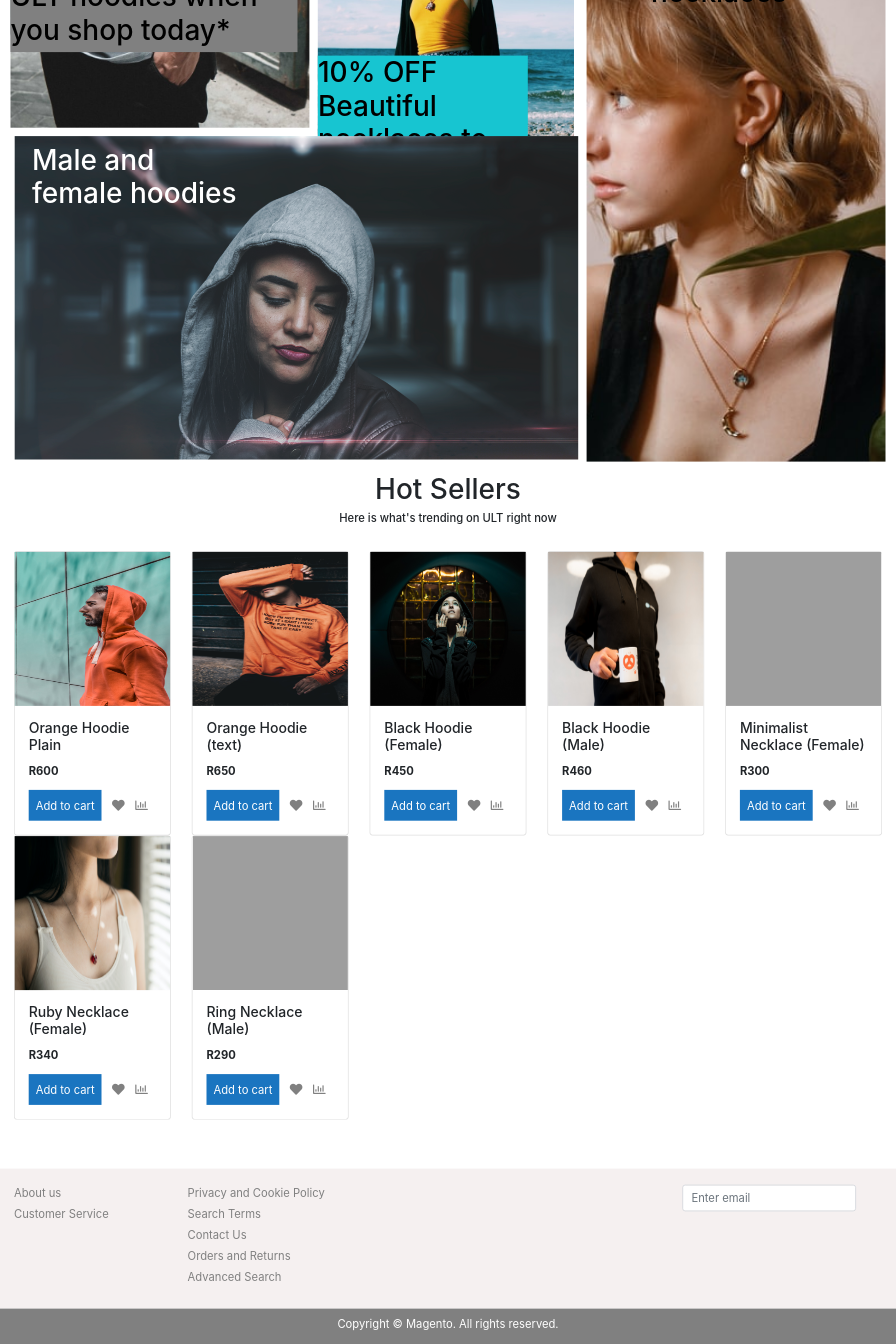
Repository: Ajtheult/Luma-Challenge-Site
Page: /
An editor plug-in stored every save of this project. The page is shown before and after the next save, followed by the edit.
The browser window is 1280 px wide. The pictures show the part of the page from y = 1289 to 3209 px (the page is 3209 px tall), at 70% of full size.
Pictures or frames that could not be fetched are drawn as grey boxes. The project was rebuilt for these pictures with package versions that can differ from the ones it lists, and the page was loaded fresh each time.

Above is the page before, as saved 2020-09-01 13:03:44.

### public/index.html
<!DOCTYPE html>
<html lang="en">
  <head>
    <meta charset="utf-8" />
    <link rel="icon" href="%PUBLIC_URL%/favicon.ico" />
    <meta name="viewport" content="width=device-width, initial-scale=1" />
    <meta name="theme-color" content="#000000" />
    <meta
      name="description"
      content="Web site created using create-react-app"
    />

    <link rel="manifest" href="%PUBLIC_URL%/manifest.json" />
    <!-- Font Awesome -->
    <link
      rel="stylesheet"
      href="https://use.fontawesome.com/releases/v5.7.2/css/all.css"
      integrity="sha384-fnmOCqbTlWIlj8LyTjo7mOUStjsKC4pOpQbqyi7RrhN7udi9RwhKkMHpvLbHG9Sr"
      crossorigin="anonymous"
    />
    <!-- Font Awesome -->
    <title>E-complete</title>
  </head>
  <body>
    <noscript>You need to enable JavaScript to run this app.</noscript>
    <div id="root"></div>
  </body>
</html>

### src/App.js
import React from "react";

// Imported modules
import { BrowserRouter as Router, Switch, Route } from "react-router-dom";
// Imported modules

// Imported pages
import Home from "./components/layout/pages/home/Home";
// Imported pages

// Global css
import "./App.css";
// Global css

function App() {
  return (
    <Router>
      <div className="App">
        <Switch>
          <Route exact path="/" component={Home} />
        </Switch>
      </div>
    </Router>
  );
}

export default App;

### src/components/layout/pages/home/Home.js
import React from "react";
import Navbar from "../../nav/Navbar";
import Container from "react-bootstrap/Container";
import Row from "react-bootstrap/Row";
import Col from "react-bootstrap/Col";
import Carousel from "react-bootstrap/Carousel";
// Images
import yoga from "../../resources/yoga.jpg";
import yogatwo from "../../resources/yoga-two.jpg";
import yogathree from "../../resources/yoga-three.jpg";

import SecondHome from "./SecondHome";
import HomeFooter from "./HomeFooter";

import "./Home.css";

const Home = () => {
  return (
    <div>
      <Navbar />
      <Container fluid>
        <Row>
          <Col>
            {/* Carousel */}
            <Carousel>
              <Carousel.Item>
                <img
                  className="d-block w-100 top_size"
                  src={yoga}
                  alt="First slide"
                />
                <Carousel.Caption>
                  <h3>New ULT yoga collection</h3>
                  <p>Clothing that is perfect for zen sessions</p>
                </Carousel.Caption>
              </Carousel.Item>
              <Carousel.Item>
                <img
                  className="d-block w-100 top_size"
                  src={yogatwo}
                  alt="Third slide"
                />

                <Carousel.Caption>
                  <h3>New ULT yoga collection</h3>
                  <p>Beautiful bracelets to fit the look</p>
                </Carousel.Caption>
              </Carousel.Item>
              <Carousel.Item>
                <img
                  className="d-block w-100 top_size"
                  src={yogathree}
                  alt="Third slide"
                />

                <Carousel.Caption>
                  <h3>New ULT yoga collection</h3>
                  <p>Be happy...like her...don't you wanna be happy?</p>
                </Carousel.Caption>
              </Carousel.Item>
            </Carousel>
          </Col>
        </Row>
        {/* Block frame */}
        <Row>
          <Col>
            <div class="container bg-no-overlay">
              <div class="row left">
                <h1>
                  20% OFF <br /> ULT hoodies when you shop today*
                </h1>
              </div>
            </div>
          </Col>
          <Col>
            <div class="container bg-no-overlay-two">
              <div class="row top">
                <h1>
                  30% OFF <br />
                  Get them fresh kicks
                </h1>
              </div>
            </div>
          </Col>
        </Row>
        <Row>
          <Col>
            <div class="container bg-no-overlay-three">
              <div class="row middle">
                <h1>
                  10% OFF <br /> Beautiful necklaces to flex
                </h1>
              </div>
            </div>
          </Col>
          <Col>
            <div class="container bg-no-overlay-four">
              <div class="row right">
                <h1>Many different styles of necklaces</h1>
              </div>
            </div>

            <div class="container bg-no-overlay-five">
              <div class="row bottom">
                <h1>Male and female hoodies</h1>
              </div>
            </div>
          </Col>
        </Row>
      </Container>
      <SecondHome />
      <HomeFooter />
    </div>
  );
};

export default Home;

### src/components/layout/nav/Navbar.js
import React from "react";
import Nav from "react-bootstrap/Nav";

import Form from "react-bootstrap/Form";

import "./Navbar.css";

const Navbar = () => {
  return (
    <div>
      <Nav className="justify-content-left" activeKey="/home">
        <Nav.Link href="/home">
          <img
            src="https://images.unsplash.com/photo-1462899006636-339e08d1844e?ixlib=rb-1.2.1&ixid=eyJhcHBfaWQiOjEyMDd9&auto=format&fit=crop&w=1050&q=80"
            alt="logo"
            className="logo"
          />
        </Nav.Link>
        <h6 className="logo-text">ULT</h6>
        <Nav.Link className="search_bar">
          {" "}
          <Form>
            <Form.Row>
              <Form.Group>
                <Form.Control
                  className="search_bar"
                  type="search"
                  placeholder="Search engine store here... "
                />
              </Form.Group>
            </Form.Row>
          </Form>
        </Nav.Link>
        <Nav.Link></Nav.Link>
        <i class="fas fa-shopping-cart icon"></i>
      </Nav>
      <Nav className="justify-content-left bottom_nav" activeKey="/home">
        <Nav.Item>
          <Nav.Link href="#" className="colour_of_nav_text">
            What's New
          </Nav.Link>
        </Nav.Item>
        <Nav.Item>
          <Nav.Link href="#" className="colour_of_nav_text">
            Women
          </Nav.Link>
        </Nav.Item>
        <Nav.Item>
          <Nav.Link href="#" className="colour_of_nav_text">
            Men
          </Nav.Link>
        </Nav.Item>
        <Nav.Item>
          <Nav.Link href="#" className="colour_of_nav_text">
            Gear
          </Nav.Link>
        </Nav.Item>
        <Nav.Item>
          <Nav.Link href="#" className="colour_of_nav_text">
            Training
          </Nav.Link>
        </Nav.Item>
        <Nav.Item>
          <Nav.Link href="#" className="colour_of_nav_text">
            Sale
          </Nav.Link>
        </Nav.Item>
      </Nav>
    </div>
  );
};

export default Navbar;

### src/components/layout/pages/home/SecondHome.js
import React from "react";
import "./SecondHome.css";

import Row from "react-bootstrap/Row";
import Col from "react-bootstrap/Col";
import Card from "react-bootstrap/Card";
// images
import one from "../../resources/SecondHome/one.jpg";
import two from "../../resources/SecondHome/two.jpg";
import three from "../../resources/SecondHome/three.jpg";
import four from "../../resources/SecondHome/four.jpg";
import five from "../../resources/SecondHome/five.jpg";
import six from "../../resources/SecondHome/six.jpg";
import seven from "../../resources/SecondHome/seven.jpg";

const SecondHome = () => {
  return (
    <div>
      <div>
        <h1 className="heading">Hot Sellers</h1>
        <h6>Here is what's trending on ULT right now</h6>
      </div>
      <div className="cards">
        <Row>
          {/* 1 */}
          <Col>
            <Card style={{ width: "14rem" }}>
              <img
                variant="top"
                src={one}
                className="image-heights"
                alt="one"
              />

              <Card.Body>
                <Card.Title>Orange Hoodie Plain</Card.Title>
                <Card.Text>R600</Card.Text>
                <button className="buttons">Add to cart</button>
                <i class="fas fa-heart heart-icon-card"></i>
                <i class="far fa-chart-bar heart-icon-card"></i>
              </Card.Body>
            </Card>
          </Col>
          {/* 2 */}
          <Col>
            <Card style={{ width: "14rem" }}>
              <img
                variant="top"
                src={two}
                className="image-heights"
                alt="two"
              />
              <Card.Body>
                <Card.Title>Orange Hoodie (text)</Card.Title>
                <Card.Text>R650</Card.Text>
                <button className="buttons">Add to cart</button>
                <i class="fas fa-heart heart-icon-card"></i>
                <i class="far fa-chart-bar heart-icon-card"></i>
              </Card.Body>
            </Card>
          </Col>
          {/* 3 */}
          <Col>
            <Card style={{ width: "14rem" }}>
              <img
                variant="top"
                src={three}
                className="image-heights"
                alt="three"
              />
              <Card.Body>
                <Card.Title>Black Hoodie (Female)</Card.Title>
                <Card.Text>R450</Card.Text>
                <button className="buttons">Add to cart</button>
                <i class="fas fa-heart heart-icon-card"></i>
                <i class="far fa-chart-bar heart-icon-card"></i>
              </Card.Body>
            </Card>
          </Col>
          {/* 4 */}
          <Col>
            <Card style={{ width: "14rem" }}>
              <img
                variant="top"
                src={four}
                className="image-heights"
                alt="four"
              />
              <Card.Body>
                <Card.Title>Black Hoodie (Male)</Card.Title>
                <Card.Text>R460</Card.Text>
                <button className="buttons">Add to cart</button>
                <i class="fas fa-heart heart-icon-card"></i>
                <i class="far fa-chart-bar heart-icon-card"></i>
              </Card.Body>
            </Card>
          </Col>
          {/* 5 */}
          <Col>
            <Card style={{ width: "14rem" }}>
              <img
                variant="top"
                src={five}
                className="image-heights"
                alt="five"
              />
              <Card.Body>
                <Card.Title>Minimalist Necklace (Female)</Card.Title>
                <Card.Text>R300</Card.Text>
                <button className="buttons">Add to cart</button>
                <i class="fas fa-heart heart-icon-card"></i>
                <i class="far fa-chart-bar heart-icon-card"></i>
              </Card.Body>
            </Card>
          </Col>
          {/* 6 */}
          <Col>
            <Card style={{ width: "14rem" }}>
              <img
                variant="top"
                src={six}
                className="image-heights"
                alt="six"
              />
              <Card.Body>
                <Card.Title>Ruby Necklace (Female)</Card.Title>
                <Card.Text>R340</Card.Text>
                <button className="buttons">Add to cart</button>
                <i class="fas fa-heart heart-icon-card"></i>
                <i class="far fa-chart-bar heart-icon-card"></i>
              </Card.Body>
            </Card>
          </Col>
          {/* 7 */}
          <Col>
            <Card style={{ width: "14rem" }}>
              <img
                variant="top"
                src={seven}
                className="image-heights"
                alt="seven"
              />
              <Card.Body>
                <Card.Title>Ring Necklace (Male)</Card.Title>
                <Card.Text>R290</Card.Text>
                <button className="buttons">Add to cart</button>
                <i class="fas fa-heart heart-icon-card"></i>
                <i class="far fa-chart-bar heart-icon-card"></i>
              </Card.Body>
            </Card>
          </Col>
          <Col></Col>
          <Col></Col>
          <Col></Col>
        </Row>
      </div>
    </div>
  );
};

export default SecondHome;

### src/components/layout/pages/home/HomeFooter.js
import React from "react";
import Form from "react-bootstrap/Form";
import "./HomeFooter.css";

const HomeFooter = () => {
  return (
    <div className="main-footer">
      <div className="footer">
        <div className="div-one">
          <a href="#home">About us</a> <br />
          <a href="#home">Customer Service</a>
        </div>
        <Form.Control
          type="email"
          placeholder="Enter email"
          className="email"
        />
        <br />
        <div className="div-two">
          <a href="#home">Privacy and Cookie Policy</a> <br />
          <a href="#home">Search Terms</a> <br />
          <a href="#home">Contact Us</a> <br />
          <a href="#home">Orders and Returns</a> <br />
          <a href="#home">Advanced Search</a>
        </div>
      </div>
      <div className="footer-two">
        <p>Copyright &copy; Magento. All rights reserved.</p>
      </div>
    </div>
  );
};

export default HomeFooter;

### src/components/layout/pages/home/Home.css
.top_size {
  width: 100%;
  height: 500px;
  margin-top: 1%;
}

.bg-no-overlay {
  /* Left */
  background: url("../../resources/hoodie.jpg");
  background-repeat: no-repeat;
  background-size: cover;
  background-position: center center;
  color: #fff;
  float: left;
  width: 70%;
  height: 850px;
  margin-top: 2%;
}

.bg-no-overlay-two {
  /* top */
  background: url("../../resources/shoe.jpg");
  background-repeat: no-repeat;
  background-size: cover;
  background-position: center center;
  color: #fff;
  width: 132%;
  height: 450px;
  margin-top: 2%;
  float: right;
}

.bg-no-overlay-three {
  /* middle */
  background: url("../../resources/beach.jpg");
  background-repeat: no-repeat;
  background-size: cover;
  background-position: center center;
  color: #fff;
  width: 60%;
  height: 388px;
  margin-top: -53%;
  margin-right: -32%;
  float: right;
}

.bg-no-overlay-four {
  /* right */
  background: url("../../resources/garden.jpg");
  background-repeat: no-repeat;
  background-size: cover;
  background-position: center center;
  color: #fff;
  width: 70%;
  height: 800px;
  margin-top: -53%;
  margin-left: 20%;
  float: right;
}

.bg-no-overlay-five {
  /* bottom */
  background: url("../../resources/forest.jpg");
  background-repeat: no-repeat;
  background-size: cover;
  background-position: center center;
  color: #fff;
  width: 132%;
  height: 97%;
  margin-top: 2%;
  margin-left: -104%;
}

.left {
  text-align: left;
  margin-top: 590px;
  width: 410px;
  color: black;
  background-color: grey;
}

.top {
  float: right;
  text-align: right;
  color: black;
  margin-top: 70px;
}

.middle {
  text-align: left;
  float: left;
  background-color: rgb(23, 197, 209);
  color: black;
  width: 300px;
  margin-top: 220px;
}

.right {
  text-align: left;
  float: right;
  color: black;
  width: 335px;
  margin-top: 10px;
}

.bottom {
  text-align: left;
  float: left;
  color: white;
  width: 303px;
  margin-left: 10px;
  margin-top: 10px;
}

.carousel-caption {
  background-color: rgba(129, 41, 41, 0.493);
  width: 70%;
}

### src/components/layout/nav/Navbar.css
.bottom_nav {
  background-color: rgb(233, 224, 224);
  margin-top: -10px;
}

.colour_of_nav_text {
  color: black;
  font-size: 80%;
}

.logo {
  width: 50px;
  height: 50px;
  border-radius: 50%;
}

.logo-text {
  margin-top: 13px;
  font-size: 30px;
}

.search_bar {
  margin-left: auto;
  margin-top: 5px;
  font-size: 10px;
}

.icon {
  margin-top: 25px;
  margin-right: 20px;
  color: grey;
}

### src/components/layout/pages/home/SecondHome.css
.heading {
  margin-top: 15px;
}

.cards {
  width: 100%;
  padding: 20px;
  padding-top: 30px;
}

.second-row {
  margin-top: 10px;
  margin: 10px;
  padding-left: 50px;
}

.image-heights {
  height: 220px;
}

.card-body {
  text-align: left;
}

.card-text {
  font-weight: bold;
}

.buttons {
  padding: 10px;
  background-color: rgb(26, 117, 192);
  border: none;
  color: white;
}

.heart-icon-card {
  margin-left: 15px;
  font-size: 18px;
  color: grey;
}

### src/components/layout/pages/home/HomeFooter.css
.main-footer {
  margin-top: 50px;
}

.footer {
  text-align: left;
  padding: 20px;
  background-color: rgb(245, 240, 240);
  line-height: 30px;
  height: 200px;
}

.footer .div-two {
  transform: translate(25%, -60%);
  width: 80%;
}

.footer-two {
  text-align: center;
  padding: 2px;
  background-color: grey;
  color: white;
}

.footer-two p {
  margin-top: 7px;
}

a {
  color: grey;
}

a:hover {
  text-decoration: none;
  font-weight: bold;
}

.email {
  width: 20%;
  float: right;
  transform: translate(-15%, -150%);
}

Loaded but not shown: src/index.js (common file); src/App.css (common file)

After the next save:
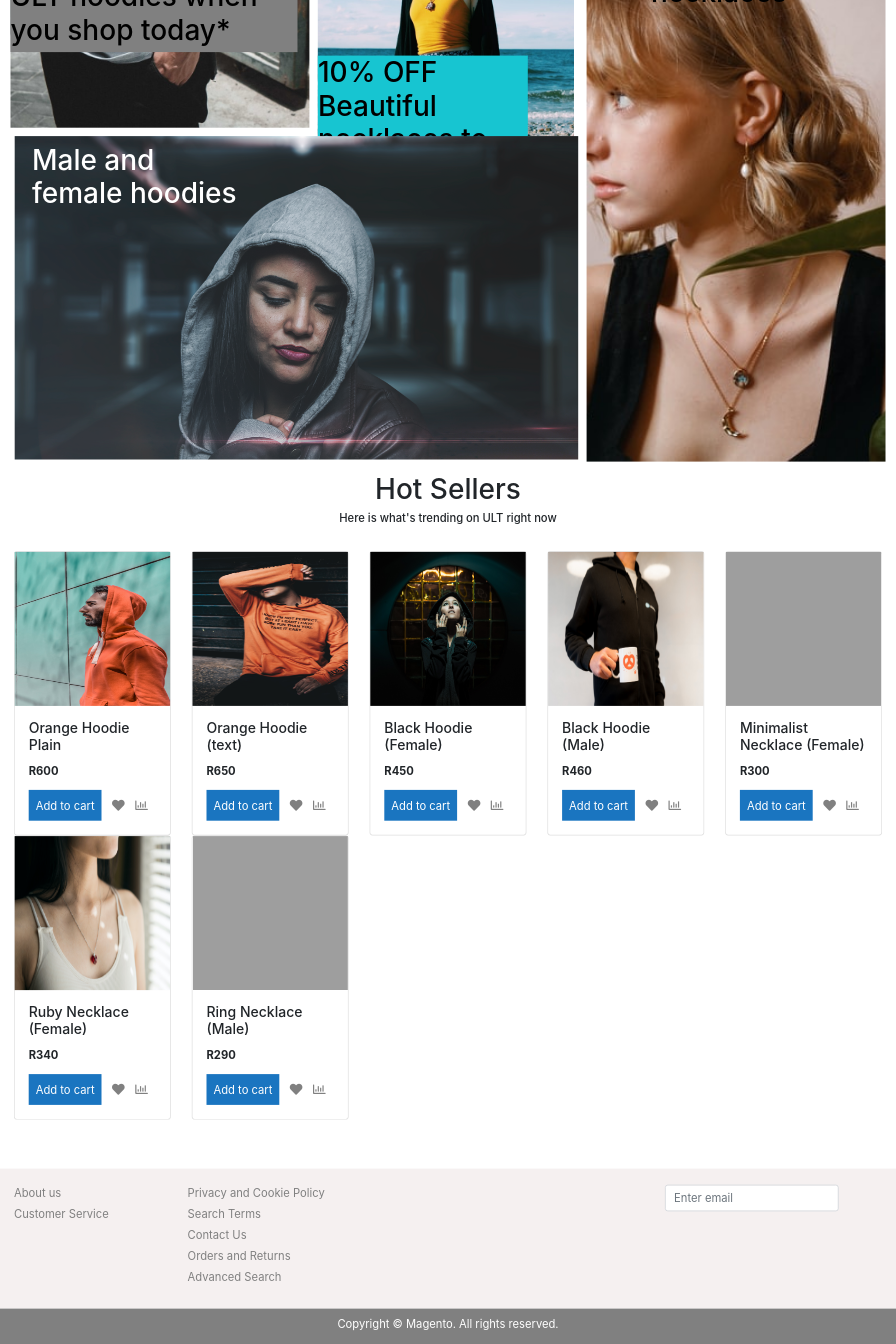
Saved 12 s later.
--- a/src/components/layout/pages/home/HomeFooter.css
+++ b/src/components/layout/pages/home/HomeFooter.css
@@ -38,5 +38,5 @@
 .email {
   width: 20%;
   float: right;
-  transform: translate(-15%, -150%);
+  transform: translate(-25%, -150%);
 }
